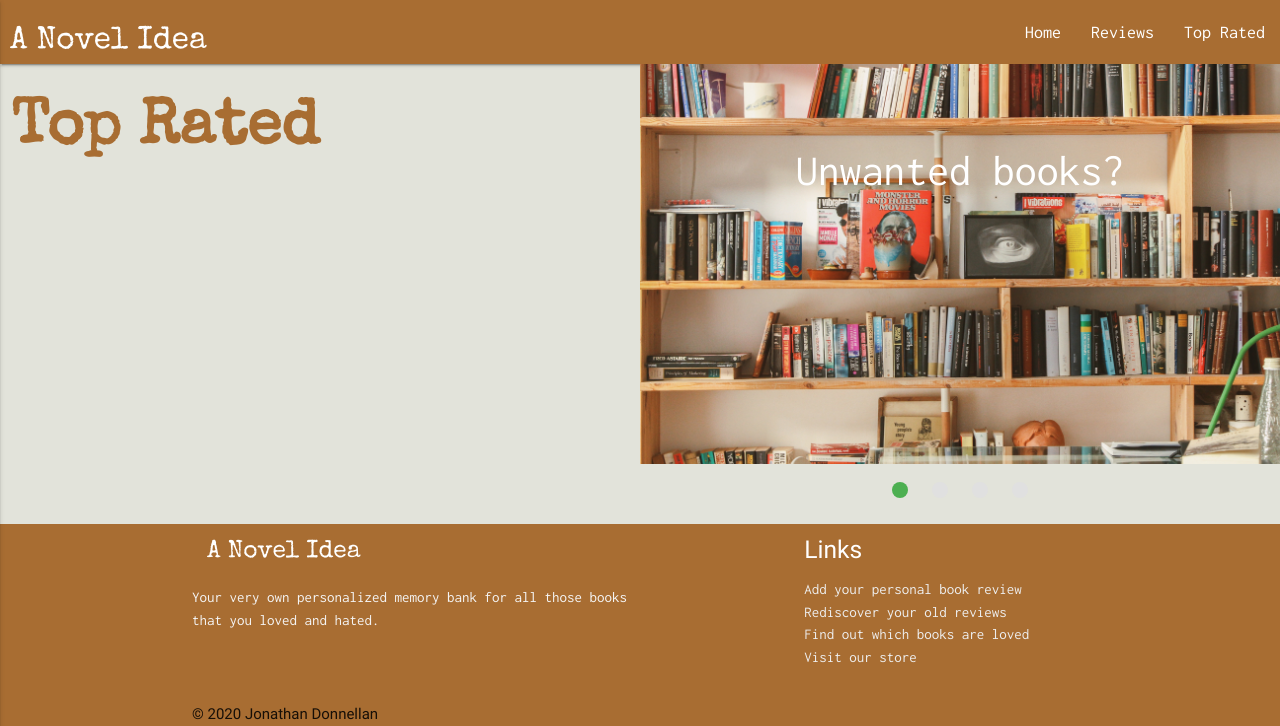
Repository: johnny-don/a-novel-idea
Page: http://localhost/top_rated
The author's editor kept a record of every edit. The page is drawn from the files as they stood at one moment, then again after the next edit.
The browser window is 1280 px wide. The pictures show the whole page.
Some web libraries are served in a nearby version. The page is served by the project's application, run on Flask 3 (app.py). Queries for data that is not in the repository find no rows.

Above is the page before.

### templates/toprated.html
{% extends 'base.html' %} {% block content %}
<div class="row sections">
<div class="col s6">

<ul>
    <h1 class="headline">Top Rated</h1>
    {% for rating in ratings %}

    <li>


            <div>

                <i class="material-icons prefix text-font">title</i>{{rating.title.upper()}}
                <i class="material-icons prefix text-font"><em>grade</em></i> {{rating.rating}}
            </div>
    </li>
    {% endfor %}

</ul>
</div>
    <div class="slider col s6">
    <ul class="slides">
      <li>
        <img src="static/images/home-bookshelf.jpg">
        <div class="caption center-align">
          <h3 class="text-font">Unwanted books?</h3>
        </div>
      </li>
      <li>
        <img src="static/images/woman-bookstore.jpg">
        <div class="caption left-align">
          <h3 class="text-font">We can find a new owner</h3>

        </div>
      </li>
      <li>
        <img src="static/images/bookshop.jpg">
        <div class="caption right-align">
          <h3 class="text-font">Bring them in</h3>

        </div>
      </li>
      <li>
        <img src="static/images/woman-back-bookstore.jpg">
        <div class="caption center-align">
          <h3 class="text-font">They are safe with us</h3>
          <a href="https://last-bookshop.business.site/" class="light grey-text text-lighten-3 text-font">Click here to visit our store</a>
        </div>
      </li>
    </ul>
  </div>

</div>
</div>

















{% endblock %}

### templates/base.html
<!DOCTYPE html>
<html lang="en">

<head>
    <meta charset="UTF-8">
    <meta name="viewport" content="width=device-width, initial-scale=1.0">
    <meta http-equiv="X-UA-Compatible" content="ie=edge">
    <link rel="stylesheet" href="{{url_for('static', filename='css/style.css')}}" type="text/css"/>
    <link href="https://fonts.googleapis.com/icon?family=Material+Icons" rel="stylesheet">
    <link rel="stylesheet" href="https://cdnjs.cloudflare.com/ajax/libs/materialize/0.100.2/css/materialize.min.css">
    <link href="https://fonts.googleapis.com/css?family=Special+Elite&display=swap" rel="stylesheet">


    <title>A Novel Idea</title>
</head>

<body>
      <header>
        <nav class="nav-foot">
            <div class="nav-wrapper">
                <a href="{{url_for('add_review')}}" class=" brand brand-logo">A Novel Idea</a>
                <a href="#" data-activates="mobile-demo" class="button-collapse"><i class="material-icons">menu</i></a>
                <ul id="nav-mobile" class="right hide-on-med-and-down">
                    <li><a href="{{url_for('add_review')}}" class="text-font menu-link">Home</a></li>
                    <li><a href="{{url_for('get_reviews')}}" class="text-font menu-link">Reviews</a></li>
                    <li><a href="{{url_for('top_rated')}}" class="text-font menu-link">Top Rated</a></li>
                </ul>
                <ul class="side-nav" id="mobile-demo">
                     <li><a href="{{url_for('add_review')}}" class="text-font">Home</a></li>
                    <li><a href="{{url_for('get_reviews')}}" class="text-font">Reviews</a></li>
                    <li><a href="{{url_for('top_rated')}}" class="text-font">Top Rated</a></li>
                </ul>
            </div>
        </nav>
    </header>

    {% block content %}
    {% endblock %}


    <footer class="footer nav-foot">
          <div class="container">
            <div class="row">
              <div class="col l6 s12">
                <h5 class="white-text brand">A Novel Idea</h5>
                <p class="grey-text text-lighten-4 text-font">Your very own personalized memory bank for all those books that you loved and hated. </p>
              </div>
              <div class="col l4 offset-l2 s12">
                <h5 class="white-text">Links</h5>
                <ul>

                  <li><a class="grey-text text-lighten-3 text-font" href="{{url_for('add_review')}}">Add your personal book review</a></li>
                  <li><a class="grey-text text-lighten-3 text-font" href="{{url_for('get_reviews')}}">Rediscover your old reviews</a></li>
                  <li><a class="grey-text text-lighten-3 text-font" href="{{url_for('top_rated')}}">Find out which books are loved</a></li>
                  <li><a class="grey-text text-lighten-3 text-font" href="https://last-bookshop.business.site/">Visit our store</a></li>

                </ul>
              </div>
            </div>
          </div>
          <div class="footer-copyright">
            <div class="container">
            © 2020 Jonathan Donnellan

            </div>
          </div>
        </footer>








    <script src="https://cdnjs.cloudflare.com/ajax/libs/jquery/3.2.1/jquery.min.js"></script>
    <script src="https://cdnjs.cloudflare.com/ajax/libs/materialize/0.100.2/js/materialize.min.js"></script>
    <script type="text/javascript">
        $(document).ready(function() {
            $('.collapsible').collapsible();
            $(".button-collapse").sideNav();
            $('.slider').slider();
        });
    </script>
</body>

</html>

### app.py
import os
from flask import Flask, render_template, redirect, request, url_for, request
from flask_pymongo import PyMongo
from bson.objectid import ObjectId


app = Flask(__name__)
app.config["MONGO_DBNAME"] = 'novel_idea'
app.config["MONGO_URI"] = 'mongodb+srv://johnny_don:2gardensmon@cluster0-kzp63.mongodb.net/novel_idea?retryWrites=true&w=majority'


mongo = PyMongo(app)


@app.route('/')


@app.route('/get_reviews')
def get_reviews():
    return render_template("reviews.html", reviews=mongo.db.info.find())

@app.route('/add_review')
def add_review():
    return render_template('addreview.html')

@app.route('/submit_review', methods=['POST'])
def submit_review():
    info = mongo.db.info
    info.insert_one(request.form.to_dict())
    return redirect(url_for('get_reviews'))

@app.route('/edit_review/<review_id>')
def edit_review(review_id):
    the_review = mongo.db.info.find_one({"_id": ObjectId(review_id)})
    return render_template('editreview.html', review=the_review)


@app.route('/update_review/<review_id>', methods=["POST"])
def update_review(review_id):
    reviews=mongo.db.info
    reviews.update( {'_id': ObjectId(review_id)},
    {
        'title':request.form.get('title'),
        'author':request.form.get('author'),
        'genre':request.form.get('genre'),
        'rating':int(request.form.get('rating')),
        'review':request.form.get('review')
    })

    return redirect(url_for('get_reviews'))

@app.route('/delete_review/<review_id>')
def delete_review(review_id):
    mongo.db.info.remove({'_id': ObjectId(review_id)})
    return redirect(url_for('get_reviews'))



@app.route('/top_rated')
def top_rated():
    return render_template("toprated.html", ratings=mongo.db.info.find().sort("rating", -1))





if __name__ == '__main__':
    app.run(host=os.environ.get('IP'),
            port=int(os.environ.get('PORT')),
            debug=True)

### static/css/style.css
@import url('https://fonts.googleapis.com/css?family=Special+Elite&display=swap');
@import url('https://fonts.googleapis.com/css?family=Inconsolata&display=swap');
@import url('https://fonts.googleapis.com/css?family=Inconsolata&display=swap');

/* buttons */

body {
        background-color: #e2e3da;
}


.btn-small {
    margin-left: 15px;
    margin-top: 10px;
    margin-bottom: 10px;
    margin-right: 10px;
    padding: 5px;
    background-color: #a86d32;
    color: white;
    font-family: 'Inconsolata', monospace;
}

/* fonts */

.brand {
   font-family: 'Special Elite', cursive;
   margin: 10px;
   padding: 5px;
}

.headline {
   font-family: 'Special Elite', cursive;
    font-weight: bold;
    color: #a86d32;
}


.text-font {
    font-family: 'Inconsolata', monospace;
}

/* navbar */

.brand {
   font-family: 'Special Elite', cursive;
   margin: 10px;
   padding: 5px;
}

.menu-link {
    font-size: larger;

}

.nav-foot {

    background-color: #a86d32;
}

/* footer */

.page-footer {
    padding-top: 20px;
    color: white;
    background-color: #a86d32;
}

/* icons */

.material-icons {
    margin: 10px;

}

/* image slider */

.slider-text {
    font-family: 'Inconsolata', monospace;
    color: #e2e3da;
    font-weight: bolder;

}

After the next edit:
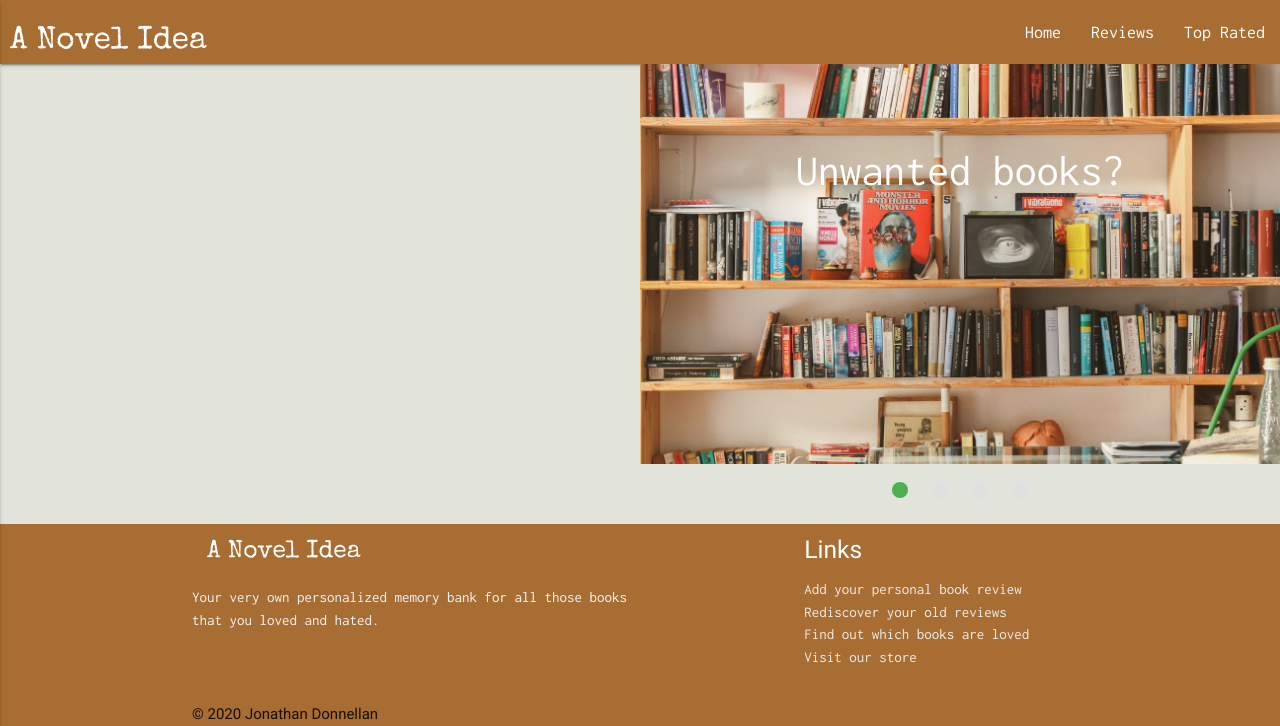
The edit:
--- a/templates/toprated.html
+++ b/templates/toprated.html
@@ -3,7 +3,7 @@
 <div class="col s6">
 
 <ul>
-    <h1 class="headline">Top Rated</h1>
+
     {% for rating in ratings %}
 
     <li>
